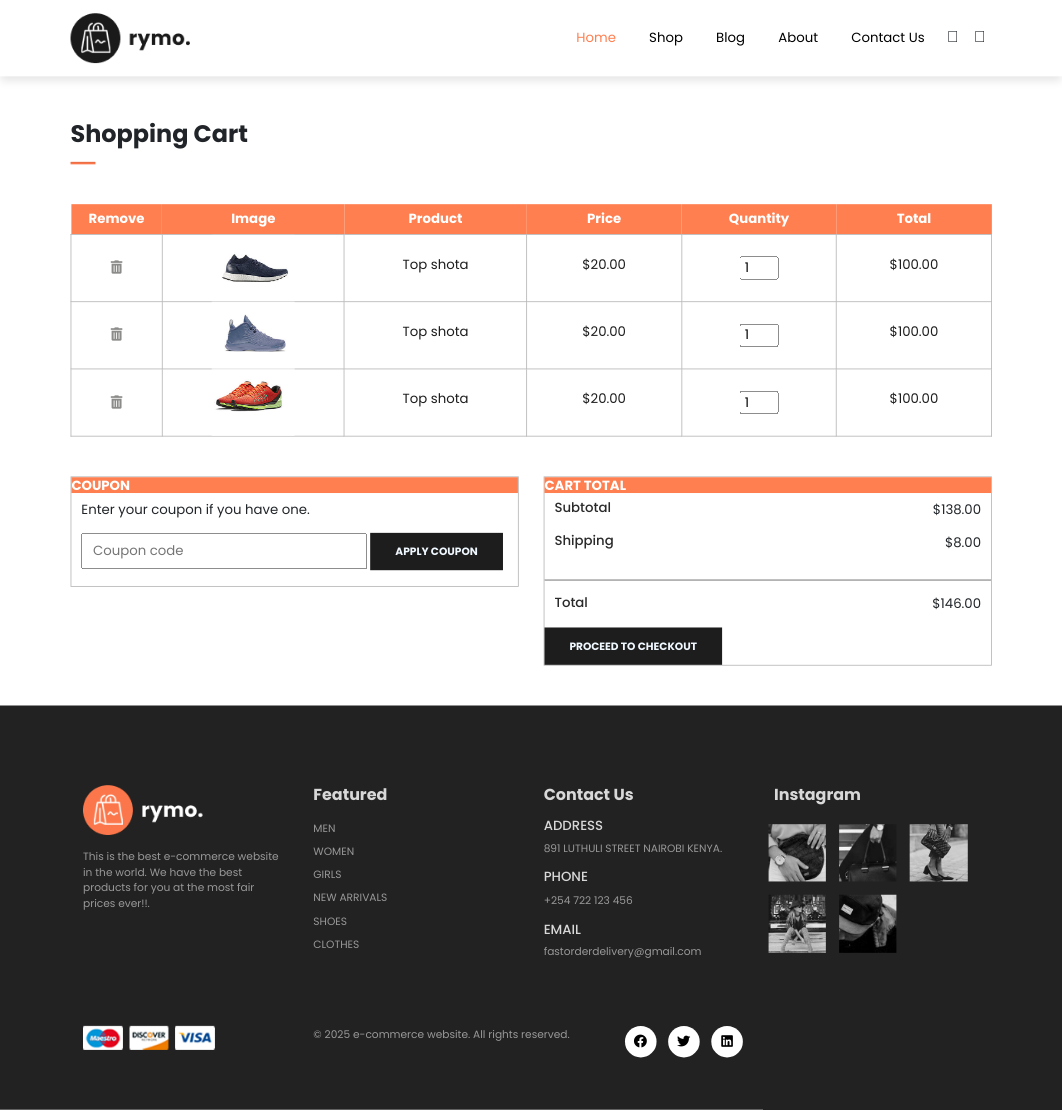
Repository: peter417waweru/e-commerce-UI
Page: cart.html
These files come from the project's save history. The page is drawn as it stood at one moment and after the next save; the edit follows.
The browser window is 1280 px wide. The pictures show the whole page, at 83% of full size.
Some web libraries are served in a nearby version.

Above is the page before, as saved 2025-02-09 09:29:35.
Console error: TypeError: Cannot set properties of undefined (setting 'onclick')

After the next save:
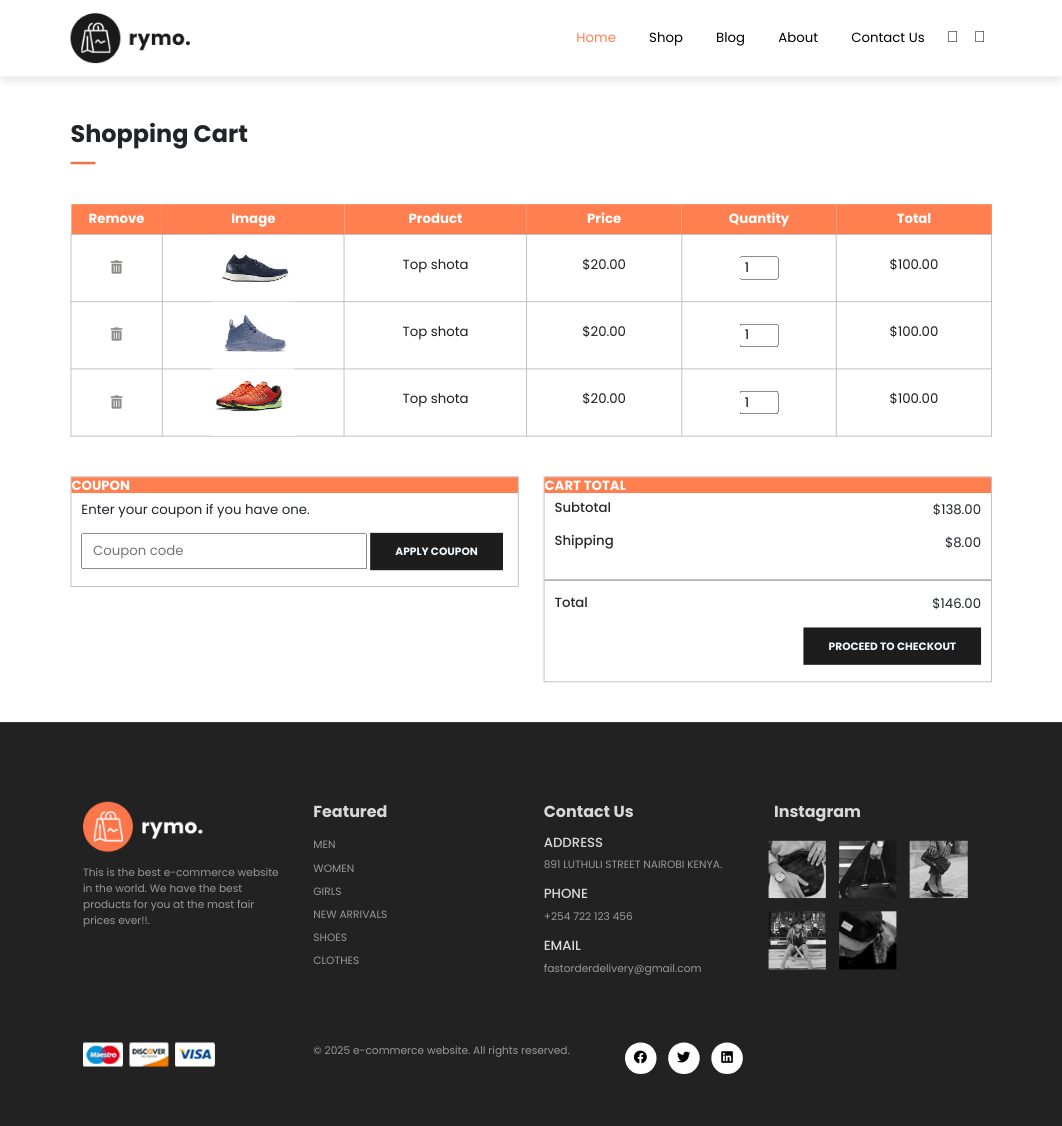
Saved 25 s later.
--- a/cart.css
+++ b/cart.css
@@ -81,3 +81,10 @@
     width: 100%;
     height: 1px;
 }
+
+#cart-bottom .total div>button{
+    margin: 0 12px 20px 0;
+    display: flex;
+    justify-content: flex-end;
+
+}
